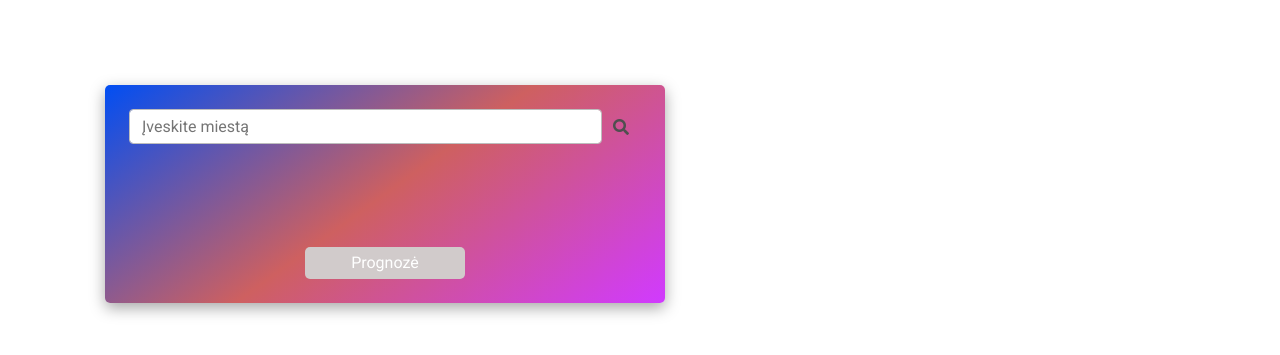
Repository: daxazz1/Weather-app
Page: index.html
These files come from the project's save history. The page is drawn as it stood at one moment and after the next save; the edit follows.
The browser window is 1280 px wide. The pictures show the whole page.
Some web fonts or font styles are not loaded; a fallback is used. Some web libraries are served in a nearby version.

Above is the page before, as saved 2021-11-08 12:31:04.

### index.html
<!DOCTYPE html>
<html lang="en">
<head>
    <meta charset="UTF-8">
    <meta http-equiv="X-UA-Compatible" content="IE=edge">
    <meta name="viewport" content="width=device-width, initial-scale=1.0">
    <title>Simple weather app</title>
    <link rel="stylesheet" href="style.css">
    <link rel="preconnect" href="https://fonts.googleapis.com">
<link rel="preconnect" href="https://fonts.gstatic.com" crossorigin>
<link href="https://fonts.googleapis.com/css2?family=Averia+Sans+Libre:wght@300&display=swap" rel="stylesheet">
<link href="https://cdn.jsdelivr.net/npm/bootstrap@5.1.3/dist/css/bootstrap.min.css" rel="stylesheet" integrity="sha384-1BmE4kWBq78iYhFldvKuhfTAU6auU8tT94WrHftjDbrCEXSU1oBoqyl2QvZ6jIW3" crossorigin="anonymous">


<!-- Font Awesome -->
<link
  href="https://cdnjs.cloudflare.com/ajax/libs/font-awesome/5.15.1/css/all.min.css"
  rel="stylesheet"
/>
<!-- Google Fonts -->
<link
  href="https://fonts.googleapis.com/css?family=Roboto:300,400,500,700&display=swap"
  rel="stylesheet"
/>
<!-- MDB -->
<link
  href="https://cdnjs.cloudflare.com/ajax/libs/mdb-ui-kit/3.6.0/mdb.min.css"
  rel="stylesheet"
/>

</head>
<body>


  <div class="content">

    <div id="wrapper1">

      <div class="input-group rounded">
        <input id="city" type="search" class="form-control rounded" placeholder="Įveskite miestą" aria-label="Search"
        aria-describedby="search-addon" required/>
        <span id="search"  class="input-group-text border-0" id="search-addon">
          <i class="fas fa-search"></i>
        </span>
      </div>
          <p class="dt"> <span id="datetime"></span></p>
          <div class="siandien">
          <img id="penktas">
          <div id="pirmas"></div>
          <div id="antras"></div>
          <div id="trecias"></div>
          <div id="ketvirtas"></div>
          </div>
          <br><br>
          <button id="prognoze">Prognozė</button>
    </div>

    <div id="wrapper2">

      <h1 id="h1"></h1>

    <div class="wrap">

      <div class="rytoj1">
        <table>
          <tr>
            <td><h4 id="h4-1"></h4></td>
            <td><img id="sesto-icon"/></td>
            <td><div id="sestas"></div></td>
            <td><div id="septintas"></div></td>
            <td><div id="astuntas"></div></td>
          </tr>
    </div>

    <div class="rytoj2">

        <tr>
      <td><h4 id="h4-2"></h4></td>
      <td> <img id="devinto-icon"/></td>
      <td> <div id="devintas"></div></td>
      <td> <div id="desimtas"></div></td>
      <td> <div id="vienuoliktas"></div></td>
       </tr>

    </div>

    <div class="rytoj3">

        <tr>
          <td> <h4 id="h4-3"></h4></td>
          <td> <img id="dvylikto-icon"/></td>
          <td> <div id="dvyliktas"></div></td>
          <td> <div id="tryliktas"></div></td>
          <td> <div id="keturioliktas"></div></td>
      </tr>
    </table>
    </div>
  </div>
  </div>

</div>

<script src="resources/script.js"></script>
</body>
</html>

### style.css
.content {
  width: 100%;
  height: auto;
  display: block;
  padding-top: 5rem;
  margin: 0 100px;
}
#wrapper1,
#wrapper2 {
  color: white;
  width: 35rem;
  text-align: center;
  border-radius: 5px;
  margin: 5px;
  background-color: rgb(255, 255, 255);
  padding: 1.5rem;
  box-shadow: rgba(0, 0, 0, 0.35) 0px 5px 15px;
  background: linear-gradient(0.4turn, #014ef3, #ce6060, #c300ffc5);
}

.wrap {
  justify-content: space-around;
  margin-top: 60px;
}
#city {
  width: 60%;
}
button {
  width: 60px;
  height: 45px;
  border: 1px;
  border-radius: 15px;
}
.dt {
  color: rgb(255, 255, 255);
  font-size: 14px;
  padding-top: 10px;
}

#pirmas {
  font-weight: 500;
  font-size: 36px;
}
.rytoj1,
.rytoj2,
.rytoj3 {
  font-size: 12px;
}

#prognoze {
  width: 10rem;
  height: 2rem;
  border: none;
  border-radius: 5px;
  background-color: #d1cbcb;
  color: white;
}
#h4-1,
#h4-2,
#h4-3 {
  font-size: 12px;
}
body {
  display: flex;
  align-items: center;
}

### resources/script.js
let apiKey = '460522f216939cb477f8b66006be7948' // jusu api key
let lang = 'lt' // kalba
let units = 'metric' // naudojama metrine sistema
let city = 'Vilnius' // miestas irasytas inpute

let cityName = document.getElementById('city')
let searchButton = document.getElementById('search')

// uzdedu click eventa ant search mygtuko
searchButton.addEventListener('click', getDataFromApi)

// funkcija kuri gauna duomenis is API
function getDataFromApi() {
    // paimu irasyta miesta is input ir nustatau
    city = cityName.value

    // url yra skirtas pasiimti duomenis is api
    let url = 'https://api.openweathermap.org/data/2.5/forecast?' +
        'q=' + city +
        '&units=' + units +
        '&lang=' + lang +
        '&appid=' + apiKey

    // su fetch funkcija pasiimu duomenis is api (asinchronine funkcija)
    fetch(url)
        .then(response => response.json())
        // data => jusu kodas
        .then(function (data) {
            //paduodu gautus duomenis i funkcija
            showWeatherInDom(data)
        });
}


document.getElementById("wrapper2").style.display = 'none';



// funkcija kuri gauna duomenis ir juos atvaizduoja
function showWeatherInDom(data) {
    // tikrinu ar mano response yra geras
    if (data.cod === '200') {

    // /prognoze siai dienai

        document.getElementById("pirmas").innerHTML =  data.city.name;
        document.getElementById("antras").innerHTML = "Temperatūra: " + Math.round(data.list[0].main.temp) +" °C / " + "Jaučiama:  " + Math.round(data.list[0].main.feels_like) +" °C";
        document.getElementById("trecias").innerHTML = "Vėjo greitis: " + data.list[0].wind.speed + " m/s";
        document.getElementById("ketvirtas").innerHTML = data.list[0].weather[0].description;


        let iconCode =  data.list[0].weather[0].icon;
        let iconUrl = 'http://openweathermap.org/img/wn/' + iconCode + '@2x.png';
        let image = document.getElementById("penktas");
        image.src = iconUrl;

        console.log(data.list)

        //prognoze rytoj

        document.getElementById("sestas").innerHTML =  "Temperatūra: " + Math.round(data.list[6].main.temp) +" °C / " + "Jaučiama:  " + Math.round(data.list[6].main.feels_like) +" °C";
        document.getElementById("septintas").innerHTML = "Vėjo greitis: " + data.list[6].wind.speed + " m/s";
        document.getElementById("astuntas").innerHTML = data.list[6].weather[0].description;

        let iconCode2 =  data.list[6].weather[0].icon;
        let image2 = document.getElementById("sesto-icon");
        let iconUrl2 = 'http://openweathermap.org/img/wn/' + iconCode2 + '@2x.png';
        image2.src = iconUrl2;

     //prognoze poryt

        document.getElementById("devintas").innerHTML =  "Temperatūra: " + Math.round(data.list[14].main.temp) +" °C / " + "Jaučiama:  " + Math.round(data.list[14].main.feels_like) +" °C";
        document.getElementById("desimtas").innerHTML = "Vėjo greitis: " + data.list[14].wind.speed + " m/s";
        document.getElementById("vienuoliktas").innerHTML = data.list[14].weather[0].description;

        let iconCode3 =  data.list[14].weather[0].icon;
        let image3 = document.getElementById("devinto-icon");
        let iconUrl3 = 'http://openweathermap.org/img/wn/' + iconCode3 + '@2x.png';
        image3.src = iconUrl3;

     //prognoze po 2 dienu

        document.getElementById("dvyliktas").innerHTML =  "Temperatūra: " + Math.round(data.list[22].main.temp) +" °C / " + "Jaučiama:  " + Math.round(data.list[22].main.feels_like) +" °C";
        document.getElementById("tryliktas").innerHTML = "Vėjo greitis: " + data.list[22].wind.speed + " m/s";
        document.getElementById("keturioliktas").innerHTML = data.list[22].weather[0].description;

        let iconCode4 =  data.list[22].weather[0].icon;
        let image4 = document.getElementById("dvylikto-icon");
        let iconUrl4 = 'http://openweathermap.org/img/wn/' + iconCode4 + '@2x.png';
        image4.src = iconUrl4;




        document.getElementById("h1").textContent = "Prognozė";
        document.getElementById("h4-1").innerHTML = data.list[6].dt_txt;
        document.getElementById("h4-2").textContent = data.list[14].dt_txt;
        document.getElementById("h4-3").textContent = data.list[22].dt_txt;

        //Šios dienos data
        let dt = new Date();
        document.getElementById("datetime").innerHTML = "Data: " + dt.toLocaleString();

    } else {
        console.log('Kazkas negerai', data)
    }
}

//miesto pasirinkimas Enter mygtuku

let input = document.getElementById("city");
input.addEventListener("keyup", function(event) {
    if (event.keyCode === 13) {
        event.preventDefault();
        document.getElementById("search").click();
    }
});

//prognozes langas appear/dissapear

function tomorrowWeatherDiv() {

    const wrapperis = document.getElementById('wrapper2');
    if (wrapperis.style.display !== "none") {
        wrapperis.style.display = "none";
    }else {
        wrapperis.style.display = "block";
        }
    }
document.getElementById("prognoze").addEventListener('click', tomorrowWeatherDiv)

After the next save:
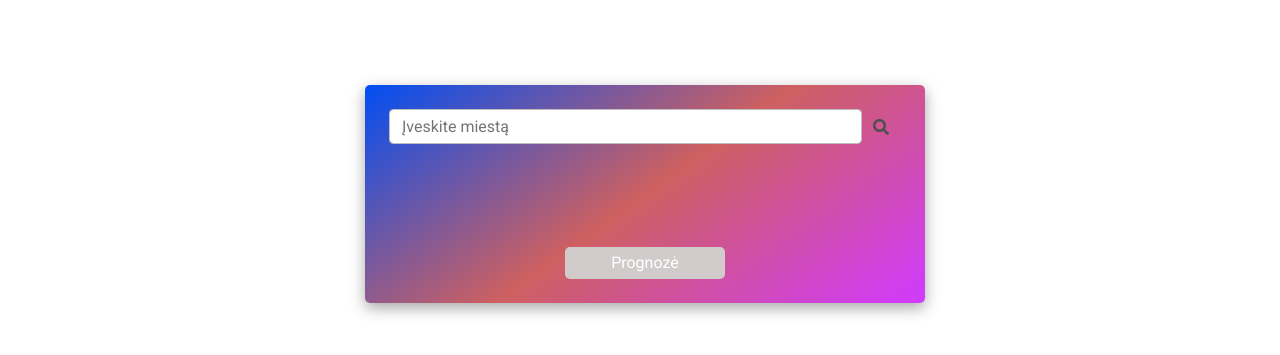
Saved 9 s later.
--- a/style.css
+++ b/style.css
@@ -3,7 +3,7 @@
   height: auto;
   display: block;
   padding-top: 5rem;
-  margin: 0 100px;
+  margin: 0 50vh;
 }
 #wrapper1,
 #wrapper2 {
